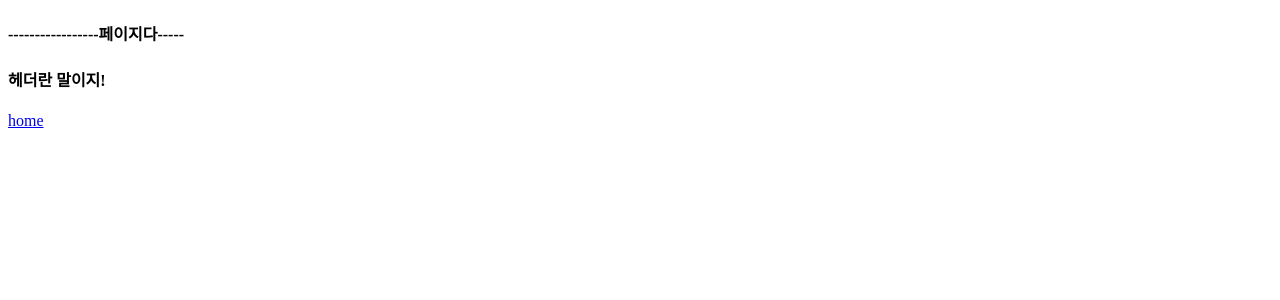
Repository: H-hyeonje/jsp
Page: http://localhost/jsbook/3_9
These files come from the project's save history. The page is drawn as it stood at one moment and after the next save; the edit follows.
The browser window is 1280 px wide. The pictures show the whole page.
The page is served by Tomcat 10. Other server files are loaded and not shown.

Above is the page before, as saved 2024-10-08 07:02:11.

### jsbook/src/main/webapp/chapter3/3_9.jsp
<%@ page language="java" contentType="text/html; charset=UTF-8"
    pageEncoding="UTF-8"%>
<!DOCTYPE html>
<html>
<head>
<meta charset="UTF-8">
<title>Insert title here</title>
</head>
<body>


	<h4>-----------------페이지다-----</h4>
	<%@ include file="add.jsp" %>
	<%@ include file="home.jsp" %>
</body>
</html>

### jsbook/src/main/webapp/chapter3/add.jsp
<%@ page language="java" contentType="text/html; charset=UTF-8"
    pageEncoding="UTF-8"%>
<!DOCTYPE html>
<html>
<head>

</head>
<body>
	<h4>헤더란 말이지!</h4>
</body>
</html>

### jsbook/src/main/webapp/chapter3/home.jsp
<%@ page language="java" contentType="text/html; charset=UTF-8"
    pageEncoding="UTF-8"%>
<!DOCTYPE html>
<html>
<head>
</head>
<body>
<%!
	int pageCount=0;
	void addCount(){
		pageCount++;
	}
%>
<%
	addCount();
%>
<a href="home">home</a>
</body>
</html>

### jsbook/src/main/java/chapter03/exam3_9.java
package chapter03;

import java.io.IOException;

import jakarta.servlet.RequestDispatcher;
import jakarta.servlet.ServletException;
import jakarta.servlet.annotation.WebServlet;
import jakarta.servlet.http.HttpServlet;
import jakarta.servlet.http.HttpServletRequest;
import jakarta.servlet.http.HttpServletResponse;
@WebServlet("/3_9")
public class exam3_9 extends HttpServlet {

	@Override
	protected void doGet(HttpServletRequest req, HttpServletResponse resp) throws ServletException, IOException {
		RequestDispatcher a=req.getRequestDispatcher("chapter3/3_9.jsp");
		a.forward(req, resp);
	}

	@Override
	protected void doPost(HttpServletRequest req, HttpServletResponse resp) throws ServletException, IOException {

	}

}

After the next save:
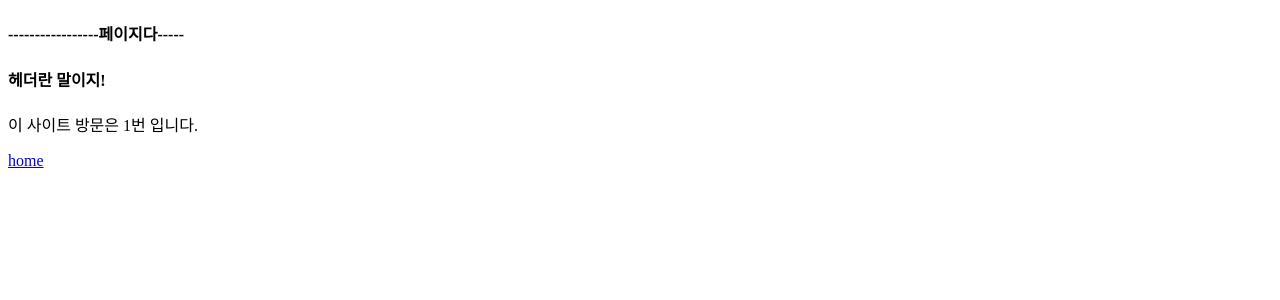
Saved 60 s later.
--- a/jsbook/src/main/webapp/chapter3/home.jsp
+++ b/jsbook/src/main/webapp/chapter3/home.jsp
@@ -14,6 +14,7 @@
 <%
 	addCount();
 %>
+<p>이 사이트 방문은 <%= pageCount %>번 입니다.</p>
 <a href="home">home</a>
 </body>
 </html>
